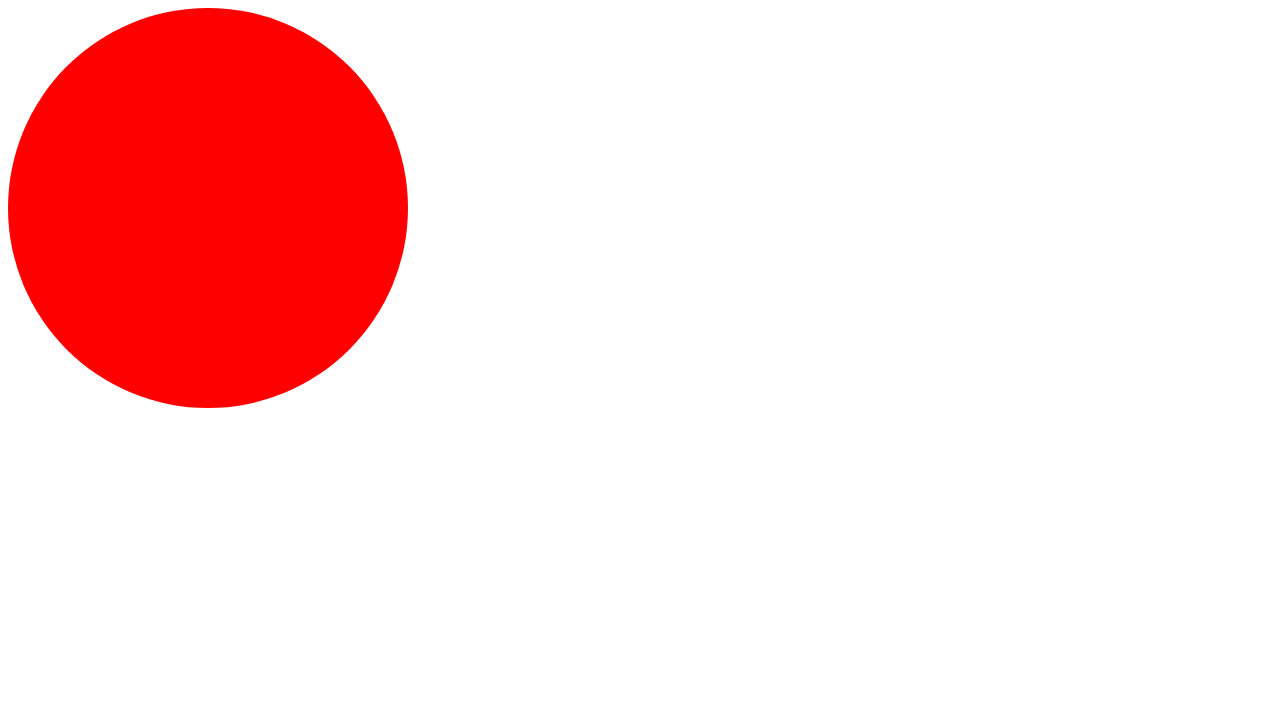
Repository: dovanluyen1996/Test-Git-PR
Page: index.html
The author's editor kept a copy of each file at every save. The page is drawn from the files as they stood at one save, then again after the next save.
The browser window is 1280 px wide. The pictures show the whole page.

Above is the page before, as saved 2021-09-06 23:10:13.

### index.html
<!DOCTYPE html>
<html lang="en">
  <head>
    <meta charset="UTF-8" />
    <meta http-equiv="X-UA-Compatible" content="IE=edge" />
    <meta name="viewport" content="width=device-width, initial-scale=1.0" />
    <title>TestVsCode</title>
    <link rel="stylesheet" href="css/style.css" />
  </head>

  <body>
    <div class="test1"></div>
    <div class="im-center"></div>
    <div class="test2"></div>
  </body>
</html>

### css/style.css
body {
}

.test1 {
  width: 400px;
  height: 400px;
  background-color: red;
  border-radius: 50%;
}

After the next save:
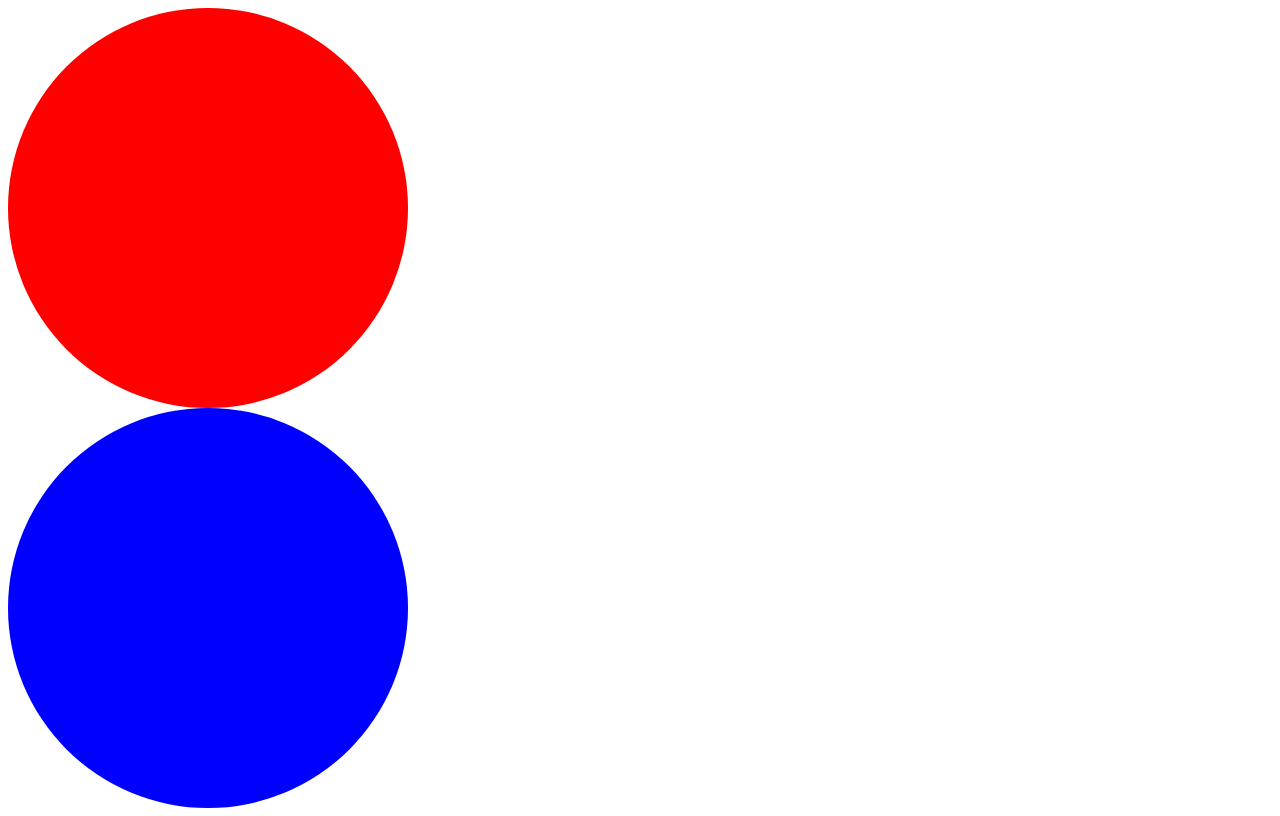
Saved 15 s later.
--- a/css/style.css
+++ b/css/style.css
@@ -7,3 +7,9 @@ body {
   background-color: red;
   border-radius: 50%;
 }
+.test2 {
+  width: 400px;
+  height: 400px;
+  background-color: blue;
+  border-radius: 50%;
+}
